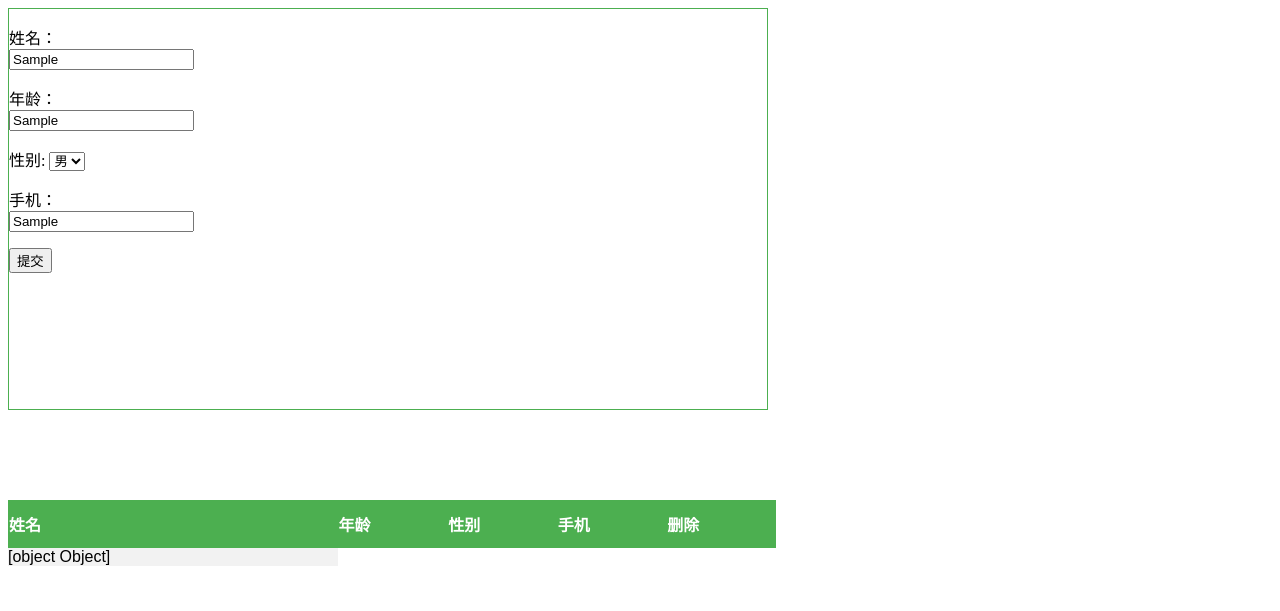
Repository: 1404413577/jsdemo
Page: small-demo/录入信息.html
These files come from the project's save history. The page is drawn as it stood at one moment and after the next save; the edit follows.
The browser window is 1280 px wide. The pictures show the whole page.
Empty fields were first filled with sample values (such as "Sample", 5 or name@example.com).
After loading, the first visible `#btn` was clicked once.

Above is the page before, as saved 2022-11-20 16:21:22.

After the next save:
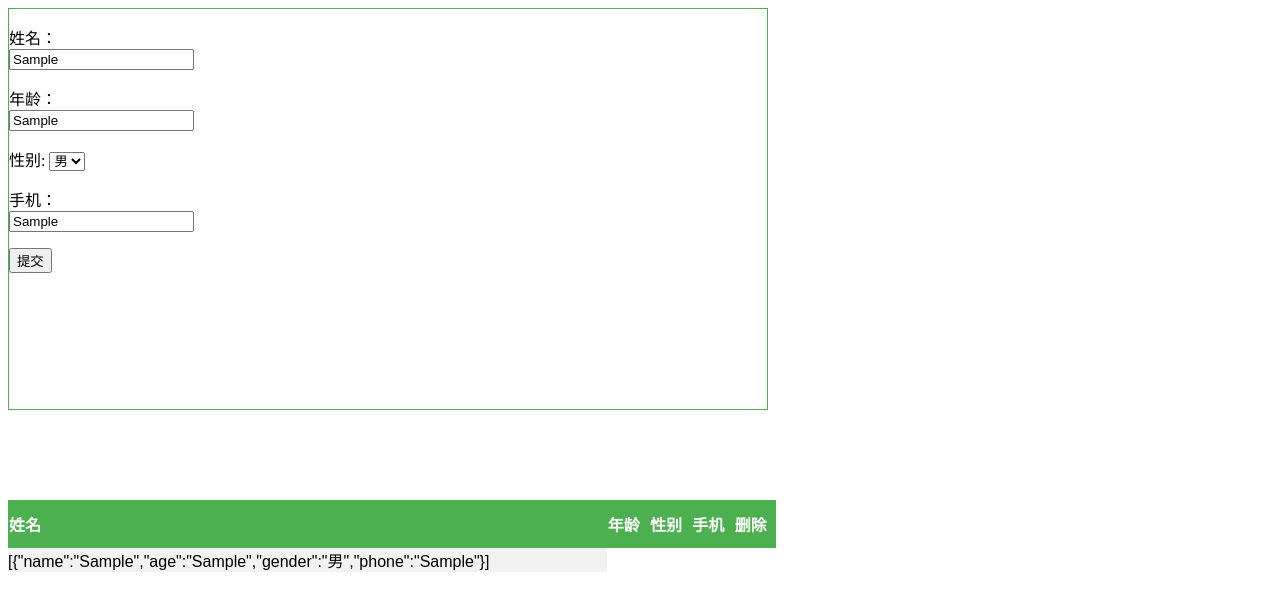
Saved 46 s later.
--- a/small-demo/录入信息.html
+++ b/small-demo/录入信息.html
@@ -97,7 +97,7 @@
         let obj = { name: input[0].value, age: input[1].value, gender: gender.value, phone: input[2].value }
         staus.push(obj)
         console.log(staus)
-        customers.innerHTML = staus
+        customers.innerHTML = JSON.stringify(staus)
     }
 
 
